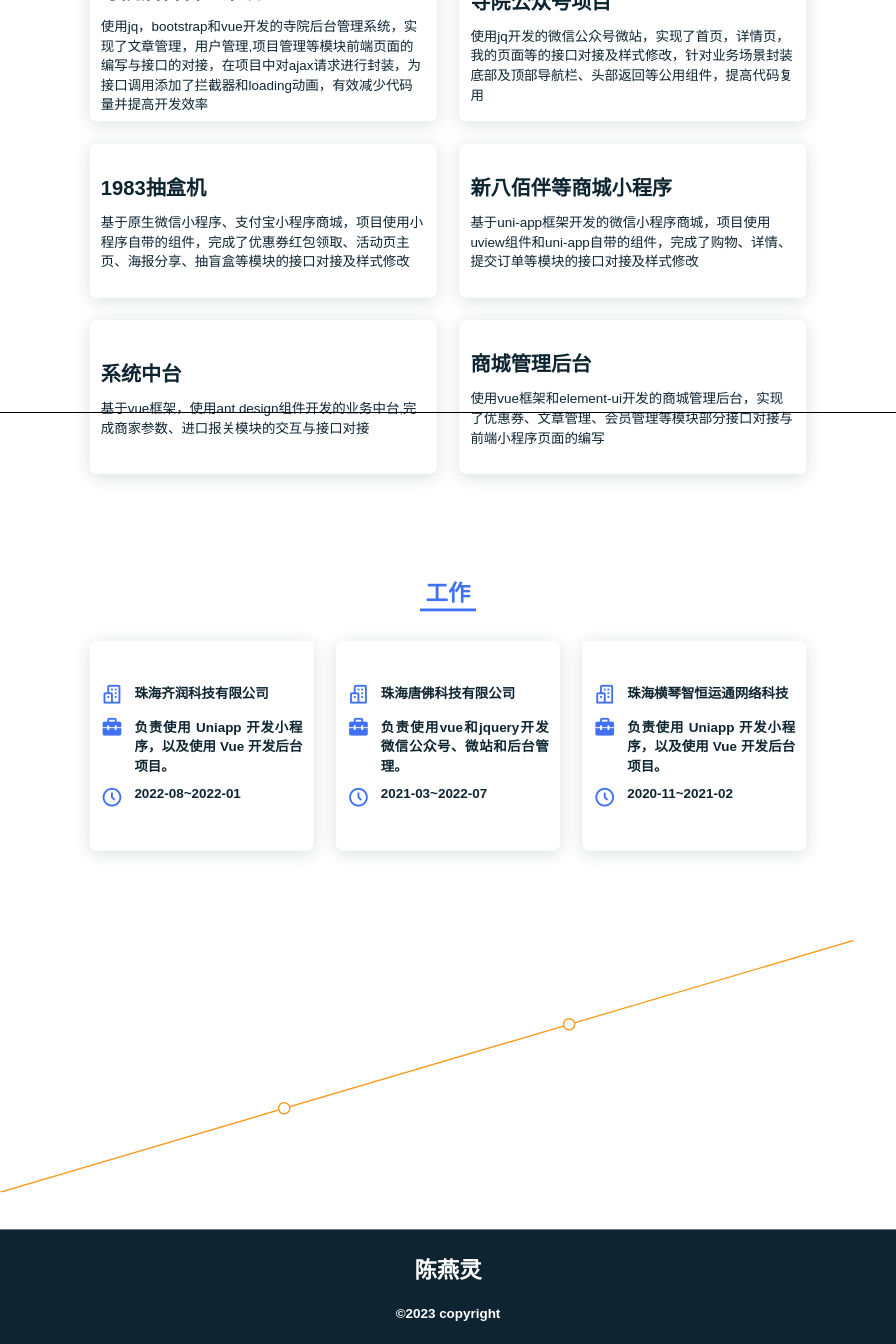
Repository: alinlinbo/yanling-resume-site
Page: index.html
These files come from the project's save history. The page is drawn as it stood at one moment and after the next save; the edit follows.
The browser window is 1280 px wide. The pictures show the part of the page from y = 2316 to 4236 px (the page is 4236 px tall before and 4231 px after), at 70% of full size.

Above is the page before, as saved 2023-09-22 17:57:15.

### index.html
<!DOCTYPE html>
<html lang="en">

<head>
    <meta charset="UTF-8">
    <meta name="viewport" content="width=device-width, initial-scale=1.0">

    <link rel="stylesheet" href="assets/css/style.css">
    <link href='https://unpkg.com/boxicons@2.1.4/css/boxicons.min.css' rel='stylesheet'>
    <link rel="stylesheet" href="https://cdnjs.cloudflare.com/ajax/libs/font-awesome/5.15.4/css/all.min.css" />
    <title>陈燕灵简历</title>

</head>

<body>
    <!-- header -->

    <header class="l-header">
        <nav class="nav bd-grid">
            <div>
                <a href="#" class="nav__logo">陈燕灵</a>
            </div>

            <div class="nav__menu" id="nav-menu">
                <ul class="nav__list">
                    <li class="nav__item">
                        <a href="#home" class="nav__link active">介绍</a>
                    </li>
                    <li class="nav__item">
                        <a href="#skills" class="nav__link">技术</a>
                    </li>
                    <li class="nav__item">
                        <a href="#about" class="nav__link">关于</a>
                    </li>
                    <li class="nav__item">
                        <a href="#project" class="nav__link">项目</a>
                    </li>
                    <li class="nav__item">
                        <a href="#work" class="nav__link">工作</a>
                    </li>

                    <!-- <li class="nav__item">
                        <a href="#contact" class="nav__link">Contact</a>
                    </li> -->
                </ul>
            </div>
            <div class="nav__toggle" id="nav-toggle">
                <svg class="icon svg-icon" aria-hidden="true">
                    <use xlink:href="#icon-list"></use>
                </svg>
            </div>
        </nav>
    </header>

    <main class="l-main">
        <!-- hrme -->
        <section class="home section bd-grid" id="home">
            <div class="home__data">
                <h1 class="home__title">
                    Hi,<br>我是<span class="home__title-color">陈燕灵</span><br> 前端开发
                </h1>
                <h1 class="phone">电话：15919213326</h1>
                <a href="#" style="position: relative; z-index: 10;" class="button" id="contact">联系我</a>
            </div>
            <div class="home__social">
                <a href="#" class="home__social-icon" id="wechat">
                    <svg class="svg-icon-home icon" aria-hidden="true">
                        <use xlink:href="#icon-weixin"></use>
                    </svg>
                </a>
                <div class="home__social-icon">
                    <a href="#" onclick="openNewWindow('https://github.com/alinlinbo')" id="myGit">
                        <svg class="svg-icon-home icon" aria-hidden="true">
                            <use xlink:href="#icon-github-fill"></use>
                        </svg>

                    </a>
                    <div class=" home__git">
                        <a href="#" onclick="openNewWindow('https://github.com/alinlinbo')">https://github.com/alinlinbo</a>
                    </div>
                </div>
                <div class="home__social-icon">
                    <a href="#" id="myPhone">
                        <svg class="svg-icon-home svg-icon icon" aria-hidden="true">
                            <use xlink:href="#icon-phone"></use>
                        </svg>
                    </a>
                    <div class=" home__phone">
                        <div>15919213326</div>
                    </div>
                </div>



                <div class=" home__code">
                    <img src="assets/img/wechat_code.png" alt="">
                </div>


            </div>

            <div class="home__img">
                <img class="home__img" src="assets/img/head1.jpg" alt="">
            </div>
        </section>

        <section class="skills section" id="skills">
            <h2 class="section-title">技术</h2>

            <div class="project__container bd-grid">
                <div class="skills__data">
                    <div class="skills__item">
                        <div class="skill__introduce">
                            <div class="skills__intr__r">
                                <i class='bx bxl-html5 skills__icon'></i><span>HTML5</span>
                            </div>

                            <div class="skills__bar">90%</div>
                        </div>

                        <div class="skills__line skills__line90"></div>
                    </div>
                </div>
                <div class="skills__data">
                    <div class="skills__item">
                        <div class="skill__introduce">
                            <div class="skills__intr__r">
                                <i class='bx bxl-css3 skills__icon'></i><span>CSS3</span>
                            </div>

                            <div class="skills__bar">80%</div>
                        </div>

                        <div class="skills__line80 skills__line"></div>
                    </div>
                </div>
                <div class="skills__data">
                    <div class="skills__item">
                        <div class="skill__introduce">
                            <div class="skills__intr__r">
                                <i class='bx bxl-javascript skills__icon'></i><span>JavaScript</span>
                            </div>

                            <div class="skills__bar">85%</div>
                        </div>

                        <div class="skills__line85 skills__line"></div>
                    </div>
                </div>
                <div class="skills__data">
                    <div class="skills__item">
                        <div class="skill__introduce">
                            <div class="skills__intr__r">
                                <i class='bx bxl-vuejs skills__icon color-vue'></i><span>Vue</span>
                            </div>

                            <div class="skills__bar">70%</div>
                        </div>

                        <div class="skills__line70 skills__line"></div>
                    </div>
                </div>
                <div class="skills__data">
                    <div class="skills__item">
                        <div class="skill__introduce">
                            <div class="skills__intr__r">
                                <i class='bx bx-link skills__icon color-vue'></i><span>小程序、Uniapp</span>
                            </div>

                            <div class="skills__bar">75%</div>
                        </div>

                        <div class=" skills__line skills__line75"></div>
                    </div>
                </div>
                <div class="skills__data">
                    <div class="skills__item">
                        <div class="skill__introduce">
                            <div class="skills__intr__r">
                                <i class='bx bx-landscape skills__icon color-vue'></i><span>Nuxt.js</span>
                            </div>

                            <div class="skills__bar">65%</div>
                        </div>

                        <div class=" skills__line skills__line65"></div>
                    </div>
                </div>
            </div>
        </section>
        <section class="about section" id="about">
            <h2 class="section-title">关于</h2>
            <div class="about__container bd-grid">
                <div class="about__img">
                    <img src="assets/img/about.jpg" alt="">
                </div>
                <div class="about__sub">
                    <h2 class="about__subtitle">I'am 陈燕灵</h2>
                    <p class="about__text">
                        多年 <span>JavaScript(TypeScript )</span>开发经验，熟练掌握<span> ES6+/CSS 3</span>新特性，熟练使用 Vue 、小程序、UniApp 等前端开发框架
                        具有一定的后端开发(<span>Node.js</span>)经验，掌握 <span>MySql</span> 等数据库查询
                        熟悉 <span>Nuxt.js</span>等 meta framework 的使用，能独立搭建<span>全栈 web</span> 应用</p>
                </div>
        </section>

        <section class="project section" id="project">
            <h2 class="section-title">项目</h2>
            <div class="project__container bd-grid">
                <div class="project__data">
                    <div class="project__item">
                        <h2 class="project__subtitle">个人线上简历</h2>
                        <span class="project__text">使用CSS和JavaScript开发的个人线上简历，利用媒体查询和Rem特性同时适配了PC端和移动端，且实现了一些动画</span>
                    </div>
                </div>
                <div class="project__data">
                    <div class="project__item">
                        <h2 class="project__subtitle">润通联合云管家</h2>
                        <span
                            class="project__text">基于uniapp框架开发的微信小程序的缴费小程序。实现了缴费、房屋管理、报修管理等模块的页面、接口对接以及交互。以及axios封装和导航栏等公用组件的封装。</span>
                    </div>
                </div>
                <div class="project__data">
                    <div class="project__item">
                        <h2 class="project__subtitle">寺院后台管理系统</h2>
                        <span
                            class="project__text">使用jq，bootstrap和vue开发的寺院后台管理系统，实现了文章管理，用户管理,项目管理等模块前端页面的编写与接口的对接，在项目中对ajax请求进行封装，为接口调用添加了拦截器和loading动画，有效减少代码量并提高开发效率</span>
                    </div>
                </div>
                <div class="project__data">
                    <div class="project__item">
                        <h2 class="project__subtitle">寺院公众号项目</h2>
                        <span
                            class="project__text">使用jq开发的微信公众号微站，实现了首页，详情页，我的页面等的接口对接及样式修改，针对业务场景封装底部及顶部导航栏、头部返回等公用组件，提高代码复用</span>
                    </div>
                </div>
                <div class="project__data">
                    <div class="project__item">
                        <h2 class="project__subtitle">1983抽盒机</h2>
                        <span
                            class="project__text">基于原生微信小程序、支付宝小程序商城，项目使用小程序自带的组件，完成了优惠券红包领取、活动页主页、海报分享、抽盲盒等模块的接口对接及样式修改</span>
                    </div>
                </div>
                <div class="project__data">
                    <div class="project__item">
                        <h2 class="project__subtitle">新八佰伴等商城小程序</h2>
                        <span
                            class="project__text">基于uni-app框架开发的微信小程序商城，项目使用uview组件和uni-app自带的组件，完成了购物、详情、提交订单等模块的接口对接及样式修改</span>
                    </div>
                </div>
                <div class="project__data">
                    <div class="project__item">
                        <h2 class="project__subtitle">系统中台</h2>
                        <span class="project__text">基于vue框架，使用ant design组件开发的业务中台,完成商家参数、进口报关模块的交互与接口对接</span>
                    </div>
                </div>
                <div class="project__data">
                    <div class="project__item">
                        <h2 class="project__subtitle">商城管理后台</h2>
                        <span
                            class="project__text">使用vue框架和element-ui开发的商城管理后台，实现了优惠券、文章管理、会员管理等模块部分接口对接与前端小程序页面的编写</span>
                    </div>
                </div>
        </section>

        <section class="work section" id="work">
            <h2 class="section-title">工作</h2>
            <div class="work__container bd-grid">

                <div class="work__data">
                    <div class="work__name">
                        <i class='bx bx-buildings work__icon'></i>
                        <span class="work__name">珠海齐润科技有限公司</span>
                    </div>
                    <div class="work__name">
                        <i class='bx bxs-briefcase-alt-2 work__icon'></i>
                        <span class="work__name">负责使用 Uniapp 开发小程序，以及使用 Vue 开发后台项目。</span>
                    </div>
                    <div class="work__name">
                        <i class='bx bx-time-five work__icon'></i>
                        <span class="work__name">2022-08~2022-01</span>
                    </div>
                </div>
                <div class="work__data">
                    <div class="work__name">
                        <i class='bx bx-buildings work__icon'></i>
                        <span class="work__name">珠海唐佛科技有限公司</span>
                    </div>
                    <div class="work__name">
                        <i class='bx bxs-briefcase-alt-2 work__icon'></i>
                        <span class="work__name">负责使用vue和jquery开发微信公众号、微站和后台管理。</span>
                    </div>
                    <div class="work__name">
                        <i class='bx bx-time-five work__icon'></i>
                        <span class="work__name">2021-03~2022-07</span>
                    </div>
                </div>
                <div class="work__data">
                    <div class="work__name">
                        <i class='bx bx-buildings work__icon'></i>
                        <span class="work__name">珠海横琴智恒运通网络科技</span>
                    </div>
                    <div class="work__name">
                        <i class='bx bxs-briefcase-alt-2 work__icon'></i>
                        <span class="work__name">负责使用 Uniapp 开发小程序，以及使用 Vue 开发后台项目。</span>
                    </div>
                    <div class="work__name">
                        <i class='bx bx-time-five work__icon'></i>
                        <span class="work__name">2020-11~2021-02</span>
                    </div>
                </div>

            </div>
        </section>
        <!-- <section class="contact section" id="contact">
            <h2 class="section-title">Contact</h2>
            <div class="contact__container bd-grid">
                <form action="" class="contact__form">
                    <input type="text" placeholder="Name" class="contact__input">
                    <input type="email" placeholder="Email" class="contact__input">
                    <label for="contact-message"></label>
                    <textarea id="contact-message" name="message" cols="30" rows="10" class="contact__input"></textarea>

                    <input type="button" value="Enviar" class="contact__button button">
                </form>
            </div>
        </section> -->
        <section class="work section">
            <svg>
                <!-- 三段直线 -->
                <path class="line" id="line" d="" stroke="#F89C21" stroke-width="2" fill="none" />
                <!-- 两个间隔小圆点 -->
                <circle class="d-none" id="c1" cx="200" cy="50" r="8" stroke="#F89C21" stroke-width="2" fill="white" />
                <circle class="d-none" id="c2" cx="100" cy="50" r="8" stroke="#F89C21" stroke-width="2" fill="white" />
            </svg>
        </section>

    </main>

    <footer class="footer">
        <p class="footer__title">陈燕灵</p>
        <div style="display: none;" class="footer__social">
            <a href="#" class="footer__icon"><i class='bx bxl-facebook'></i></a>
            <a href="#" class="footer__icon"><i class='bx bxl-instagram'></i></a>
            <a href="#" class="footer__icon"><i class='bx bxl-twitter'></i></a>
        </div>
        <p>&#169;2023 copyright</p>
    </footer>
    <!-- <script src="https://unpkg.com/scrollreveal"></script> -->
    <script src="assets/js/main.js"></script>
    <script src="assets/js/iconfont.js"></script>
</body>

</html>

Loaded but not shown: assets/js/iconfont.js (library); assets/js/main.js (229 lines, source omitted); assets/css/style.css (874 lines, source omitted)

After the next save:
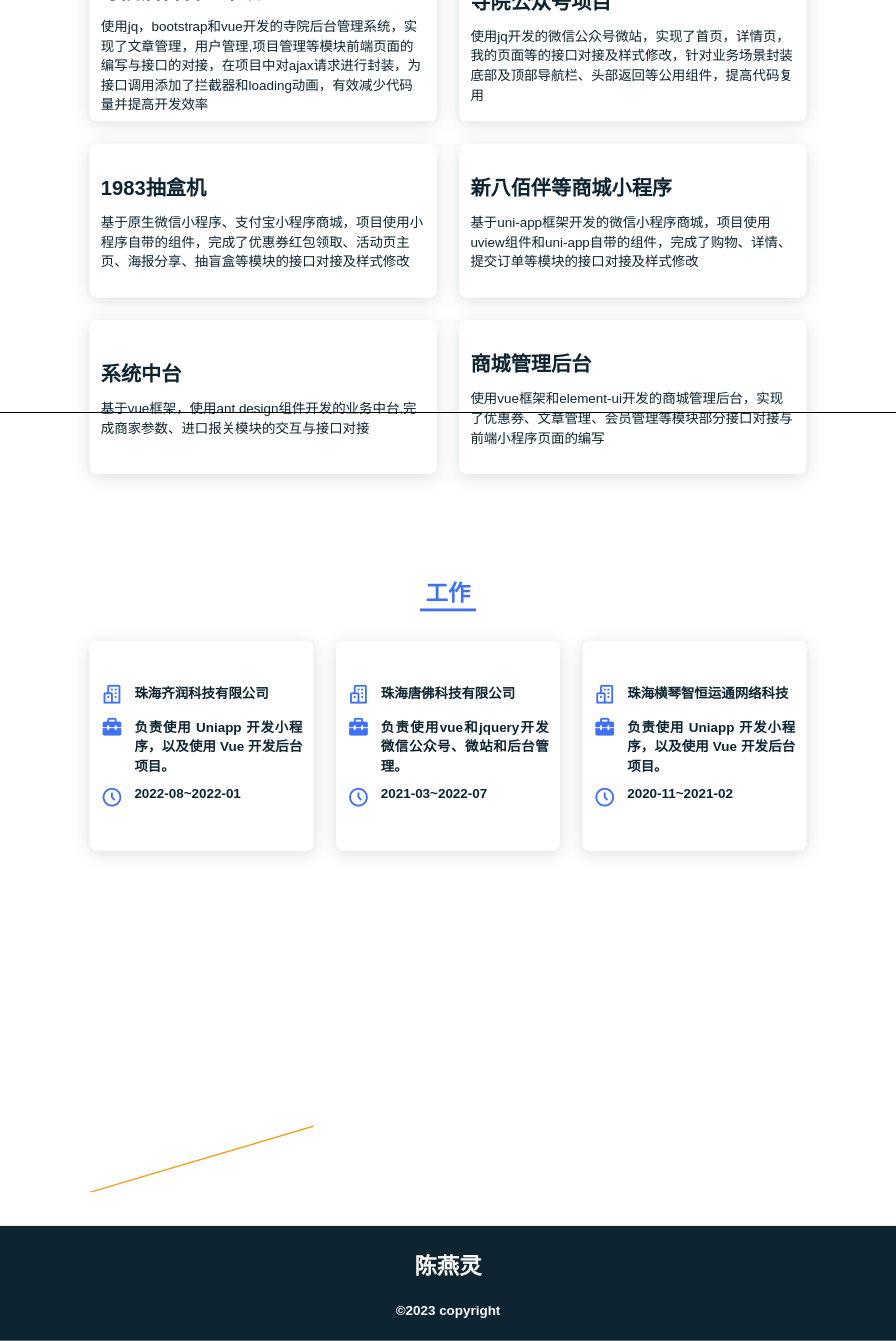
Saved 2 min 55 s later.
--- a/index.html
+++ b/index.html
@@ -325,13 +325,16 @@
             </div>
         </section> -->
         <section class="work section">
-            <svg>
-                <!-- 三段直线 -->
-                <path class="line" id="line" d="" stroke="#F89C21" stroke-width="2" fill="none" />
-                <!-- 两个间隔小圆点 -->
-                <circle class="d-none" id="c1" cx="200" cy="50" r="8" stroke="#F89C21" stroke-width="2" fill="white" />
-                <circle class="d-none" id="c2" cx="100" cy="50" r="8" stroke="#F89C21" stroke-width="2" fill="white" />
-            </svg>
+            <div class="work__container bd-grid">
+                <svg>
+                    <!-- 三段直线 -->
+                    <path class="line" id="line" d="" stroke="#F89C21" stroke-width="2" fill="none" />
+                    <!-- 两个间隔小圆点 -->
+                    <circle class="d-none" id="c1" cx="200" cy="50" r="8" stroke="#F89C21" stroke-width="2" fill="white" />
+                    <circle class="d-none" id="c2" cx="100" cy="50" r="8" stroke="#F89C21" stroke-width="2" fill="white" />
+                </svg>
+            </div>
+
         </section>
 
     </main>

After the save that followed:
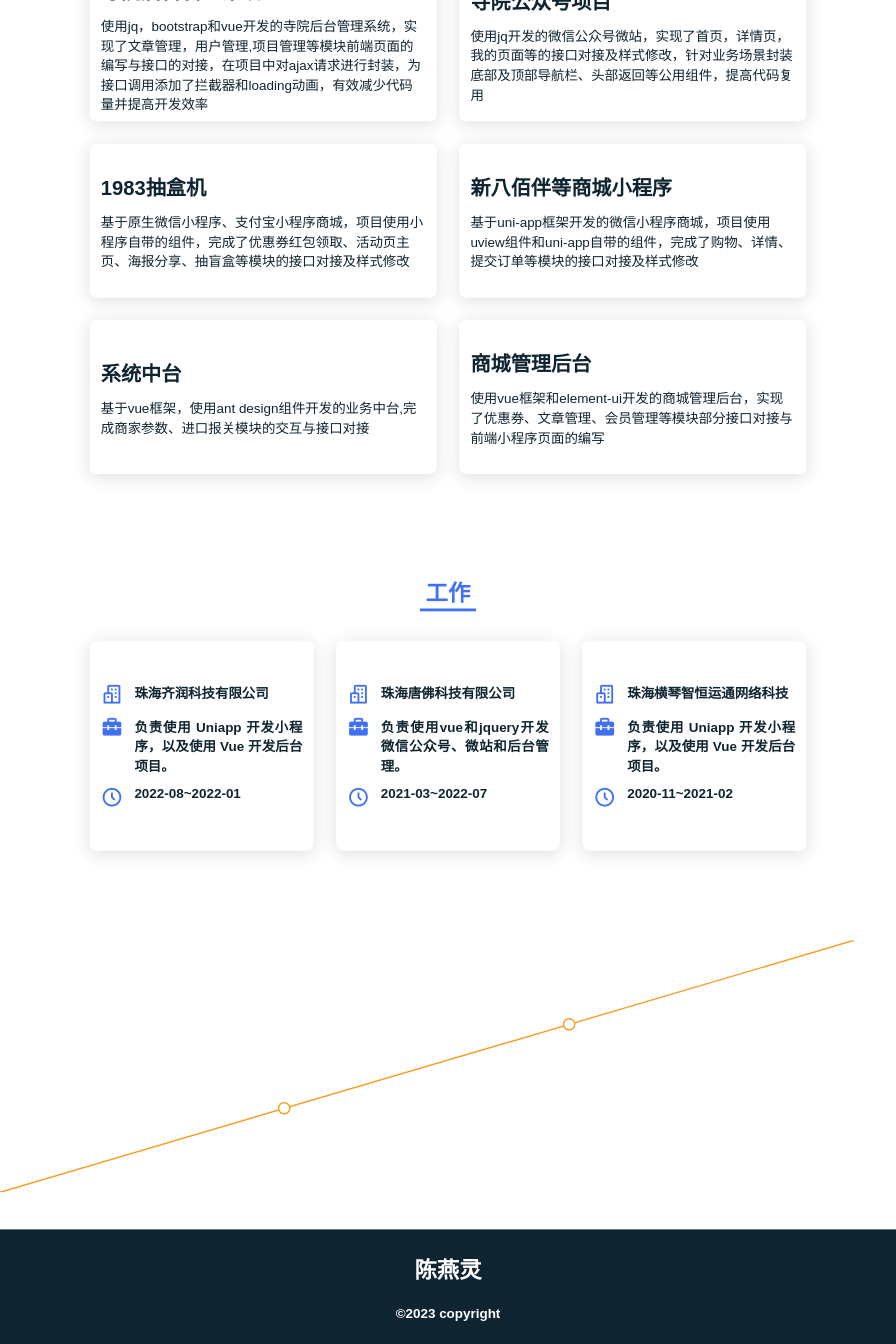
Saved 31 s later.
--- a/index.html
+++ b/index.html
@@ -325,7 +325,7 @@
             </div>
         </section> -->
         <section class="work section">
-            <div class="work__container bd-grid">
+            <div class="work__container">
                 <svg>
                     <!-- 三段直线 -->
                     <path class="line" id="line" d="" stroke="#F89C21" stroke-width="2" fill="none" />
